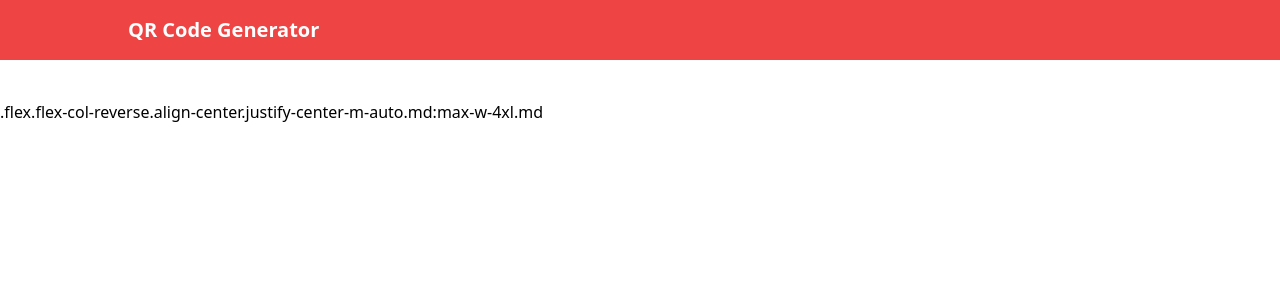
Repository: Ellisvelandia/QR-generator
Page: index.html
An editor plug-in stored every save of this project. The page is shown before and after the next save, followed by the edit.
The browser window is 1280 px wide. The pictures show the whole page.
Some web libraries are served in a nearby version.

Above is the page before, as saved 2022-08-21 20:41:31.

### index.html
<!DOCTYPE html>
<html lang="en">
  <head>
    <meta charset="UTF-8" />
    <meta http-equiv="X-UA-Compatible" content="IE=edge" />
    <meta name="viewport" content="width=device-width, initial-scale=1.0" />
    <script src="https://cdn.tailwindcss.com"></script>
    <script>
      tailwind.config = {
        theme: {
          extend: {
            colors: {
              fontFamily: {
                sans: ["Poppins", "sans-serif"],
              },
            },
          },
        },
      };
    </script>
    <script
      src="https://cdnjs.cloudflare.com/ajax/libs/qrcodejs/1.0.0/qrcode.min.js"
      integrity="sha512-CNgIRecGo7nphbeZ04Sc13ka07paqdeTu0WR1IM4kNcpmBAUSHSQX0FslNhTDadL4O5SAGapGt4FodqL8My0mA=="
      crossorigin="anonymous"
      referrerpolicy="no-referrer"
    ></script>
    <script src="js/script.js"></script>
    <title>QR Code Generator</title>
  </head>
  <body>
    <header class="bg-red-500 p-4 mb-10">
      <div class="max-w-5xl m-auto">
        <div class="text-xl font-bold text-white">QR Code Generator</div>
      </div>
    </header>
    <main class="">
   .flex.flex-col-reverse.align-center.justify-center-m-auto.md:max-w-4xl.md
    </main>
  </body>
</html>

Loaded but not shown: js/script.js (no copy from this time; the picture is the same without it)

After the next save:
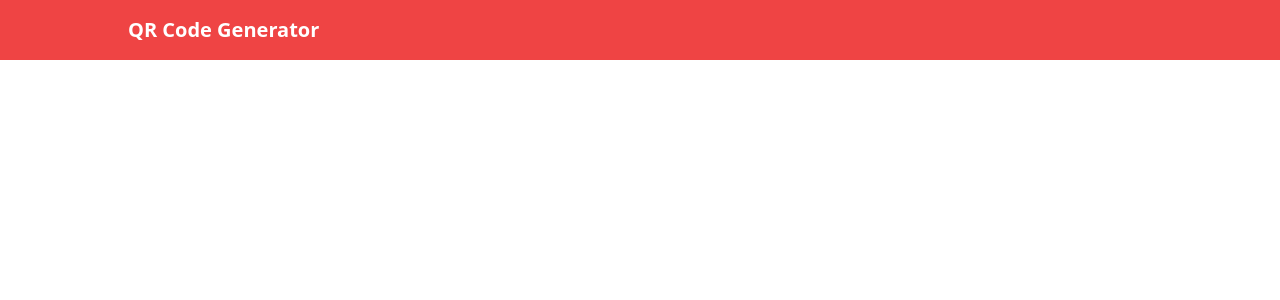
Saved 5 s later.
--- a/index.html
+++ b/index.html
@@ -34,7 +34,7 @@
       </div>
     </header>
     <main class="">
-   .flex.flex-col-reverse.align-center.justify-center-m-auto.md:max-w-4xl.md
+   <div class="flex flex-col-reverse align-center justify-center-m-auto md:max-w-4xl md:flex-row"></div>
     </main>
   </body>
 </html>
